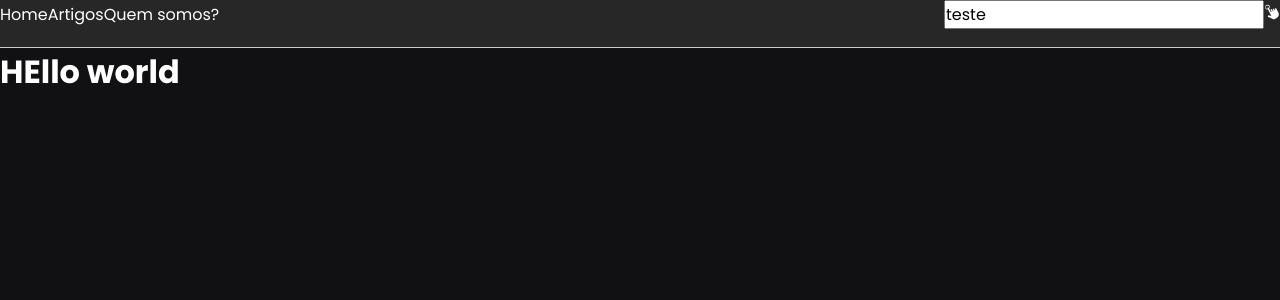
Repository: ArthurHendrich/Inepto
Page: /
The author's editor kept a copy of each file at every save. The page is drawn from the files as they stood at one save, then again after the next save.
The browser window is 1280 px wide. The pictures show the whole page.
The project was rebuilt for these pictures with package versions that can differ from the ones it lists, and the page was loaded fresh each time. The framework's server and built-in components were replaced by stand-ins that run in the browser. Also part of the build but not shown: next.config.js.

Above is the page before, as saved 2022-07-06 18:55:36.

After the next save:
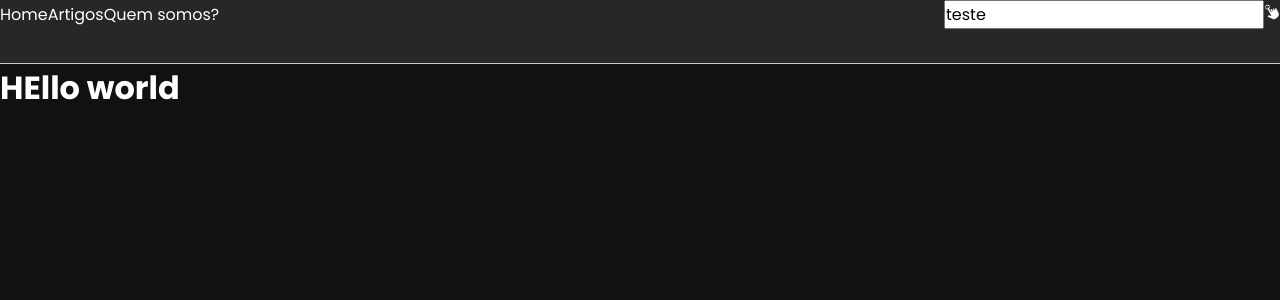
Saved 9 s later.
--- a/src/components/header/styles.module.scss
+++ b/src/components/header/styles.module.scss
@@ -1,5 +1,5 @@
 .headerContainer {
-  height: 3rem;
+  height: 4rem;
   background: var(--gray-500);
   border-bottom: 1px solid var(--gray-200);
 }
